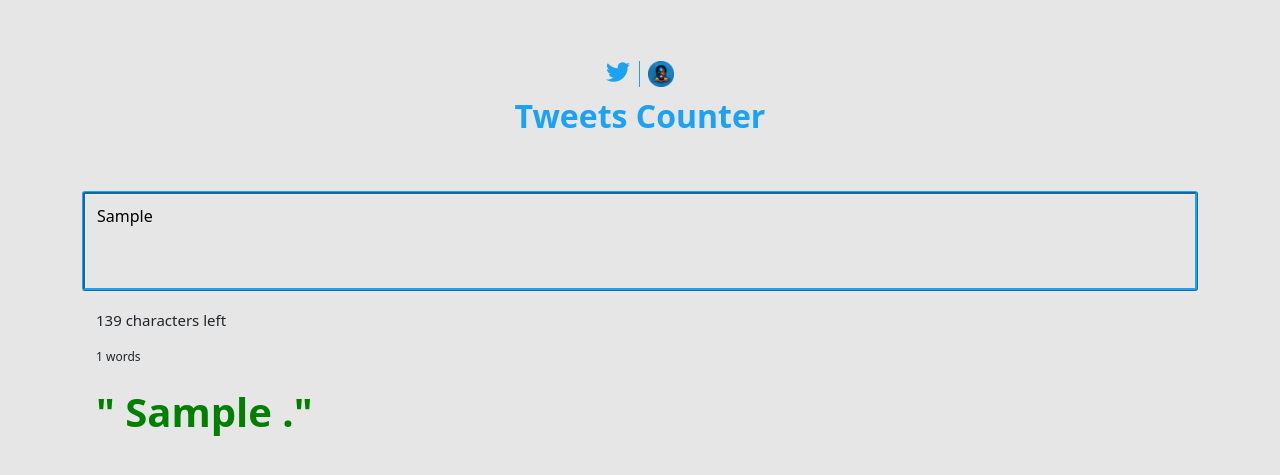
Repository: magmukendi/Tweets-Count
Page: index.html
The author's editor kept a copy of each file at every save. The page is drawn from the files as they stood at one save, then again after the next save.
The browser window is 1280 px wide. The pictures show the whole page.
Empty fields were first filled with sample values (such as "Sample", 5 or name@example.com).
After loading, the first visible `#tt` was changed once.
Some web libraries are served in a nearby version.

Above is the page before, as saved 2022-06-11 17:11:53.
Console error: TypeError: Cannot read properties of undefined (reading 'style')

### index.html
<!DOCTYPE html>
<html lang="en">
<head>
    <meta charset="UTF-8">
    <meta http-equiv="X-UA-Compatible" content="IE=edge">
    <meta name="viewport" content="width=device-width, initial-scale=1.0">
    <link href="https://cdn.jsdelivr.net/npm/bootstrap@5.2.0-beta1/dist/css/bootstrap.min.css" rel="stylesheet" integrity="sha384-0evHe/X+R7YkIZDRvuzKMRqM+OrBnVFBL6DOitfPri4tjfHxaWutUpFmBp4vmVor" crossorigin="anonymous">
    <link rel="shortcut icon" href="assets/images/mag-icon.ico"image/x-icon">
    <script src="https://kit.fontawesome.com/cd3abaa76f.js" crossorigin="anonymous"></script>

    <link href="style.css" rel="stylesheet">
    <title>TweetsCount by LeGrandMAG</title>
</head>
<body>
    <div id="answer" class="container row">
        <div id = "headline">
            <div id="logo">

                <span id ="twitter" >

                    <i  class="fa-brands fa-twitter fa-xl"></i>
                </span>
                <img id ="myHead" src="/assets/images/profile.png">
            </div>
            <h2 id="Title"><b>Tweets Counter</b></h2>
        </div>
        <textarea id="tt" placeholder="Type here :)" class="mt-2 mb-2" id="won" autosize></textarea>
       <!--

           <button onclick="myFunction()" class="btn btn-primary"> Calculate</button>
        -->


    </div>

    <div id="result" >

    </div>


    <script type="text/javascript" src="app.js"></script>
</body>
</html>

### style.css
body{
    margin:auto;
    margin-top: 50px;
    align-items: center;
    text-align: center;
    background: rgba(230,230,230,1)
}
.container{
    margin:auto;
    display: flex;
    justify-content: center;
    align-items: center;
}
#logo{
    margin:10px;
}
#myHead{
    width: 35px;
    height:auto;
    padding-left:8px;
    border-left: 1px solid #1DA1F2;
}
#Title{
    color: #1DA1F2
}
#headline{
    margin-bottom: 40px;
}
#twitter{
    color:#1DA1F2;
    padding-right:5px;
}
.form-elem{
    margin-top: 10;
    margin-bottom: 10;
}

#tt{
    resize: none;
    overflow: visible;
    padding-top:10px;
    padding-bottom: 10px;
    height: 100px;
    border:3px ridge #1DA1F2;
    border-radius: 3px;
    background-color: rgba(230,230,230,1);
}


button{
    visibility: hidden;
}

#result{
    width: 85%;
    margin: auto;
    margin-top:10px;
    flex-wrap: wrap;
    text-align: justify;
}
#charCount{
    font-size: 15px;

}
#wordCount{

    font-size: 12px;
}

### app.js
let list = []
let result = 0;
let x;
let p;
let xValue;
let s;
let number;
let input = document.getElementById('tt');
let d;
let e;
let doc = document.getElementById('result');

function print(){
        doc.innerHTML = '';
        x = document.getElementById('tt');
        p = document.createElement('p')
        number = document.createElement('p')
        words = document.createElement('p')
        xValue = x.value;
        if (xValue){
                p.innerText = '" ' + xValue + ' ."'
        }
        doc.append(number)
        doc.append(words)
        doc.appendChild(p)
        p.id = "txx"
        number.id = "charCount"
        words.id = "wordCount"
        p.style = 'font-weight:bold; font-size:40px; margin-top:5px; flex-wrap:wrap';
}
function colorChange(){
        s = xValue
        let word =/\w+/g
        let char = /.|\s|\n+/g
        console.log(s.match(char).length)

        number.innerText = (145 - s.match(char).length) + " characters left";

        words.innerText = s.match(word).length +" words"
        if(s.match(char).length <=145/2){

                p.style.color ='green'
                p.style.
                number.style.color = 'green'
        }
        else if(s.match(char).length >=145/2 && s.match(char).length <135){
                p.style.color = '#1DA1F2';

        }
        else if(s.match(char).length >=135 && s.match(char).length<=145){
                p.style.color ='red';
                number.style.color ='red';
                console.log(s.match(n));

        }

        else if(s.match(char).length >145){
                number.innerText= "You have " + (s.match(char).length - 145) +" more characters than expected.";
                //p.style.visibility ='hidden'
                p.innerText= "Sorry, we cannot display your text";
                number.style.color="red"
                p.style.textAlign = 'center'
        }


}
function render (){
        document.getElementById('tt').addEventListener('keyup', print)
        document.getElementById('tt').addEventListener('keyup', colorChange)
}
render()
function myFunction(){
        let ll = document.getElementById('txx')
        var blob = new Blob([ll.innerText], {
                type: "text/plain;charset=utf-8;",
            });
        saveAs(blob, "thing.txt");

}

After the next save:
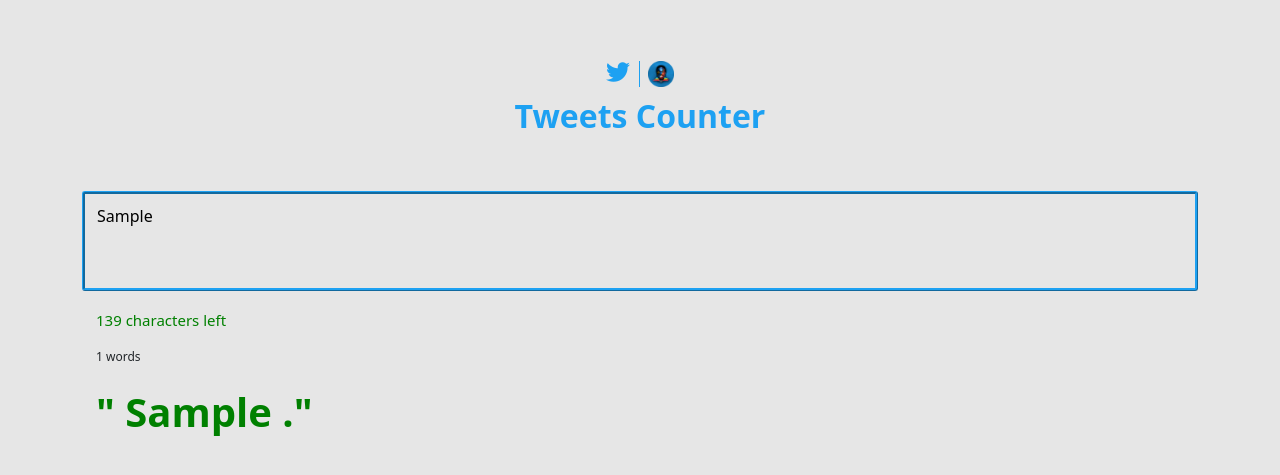
The error is gone.
Saved 4 s later.
--- a/app.js
+++ b/app.js
@@ -40,7 +40,7 @@ function colorChange(){
         if(s.match(char).length <=145/2){
 
                 p.style.color ='green'
-                p.style.
+                p.sty
                 number.style.color = 'green'
         }
         else if(s.match(char).length >=145/2 && s.match(char).length <135){
